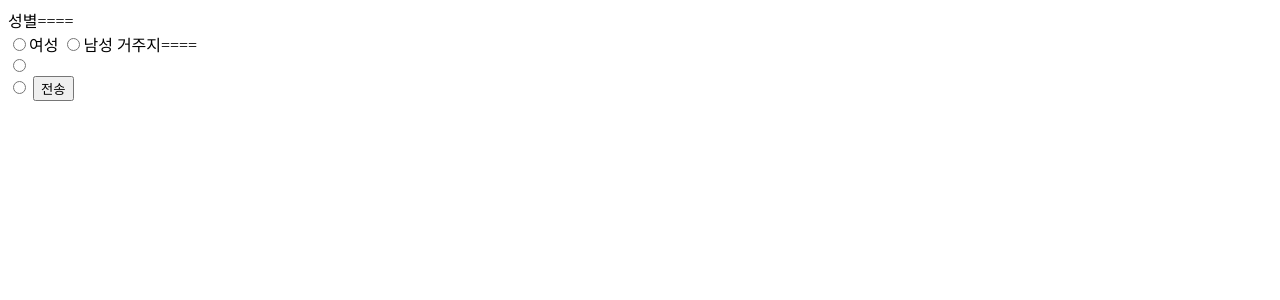
Repository: WonHwiAhn/JAVAClass
Page: 180130_GetParameterEx/WebContent/radio.html
The author's editor kept a copy of each file at every save. The page is drawn from the files as they stood at one save, then again after the next save.
The browser window is 1280 px wide. The pictures show the whole page.

Above is the page before, as saved 2018-01-30 06:24:52.

### 180130_GetParameterEx/WebContent/radio.html
<!DOCTYPE html>
<html>
<head>
<meta charset="EUC-KR">
<title>Insert title here</title>
</head>
<body>
	<form action="test5">
		성별====<br>
		<input type="radio" name="sex" value="여성">여성
		<input type="radio" name="sex" value="남성">남성
		거주지====<br>
		<input type="radio" name="sido" value="수도권"><br>
		<input type="radio" name="sido" value="비수도권">
		<input type="submit" value="전송">
	</form>
</body>
</html>

After the next save:
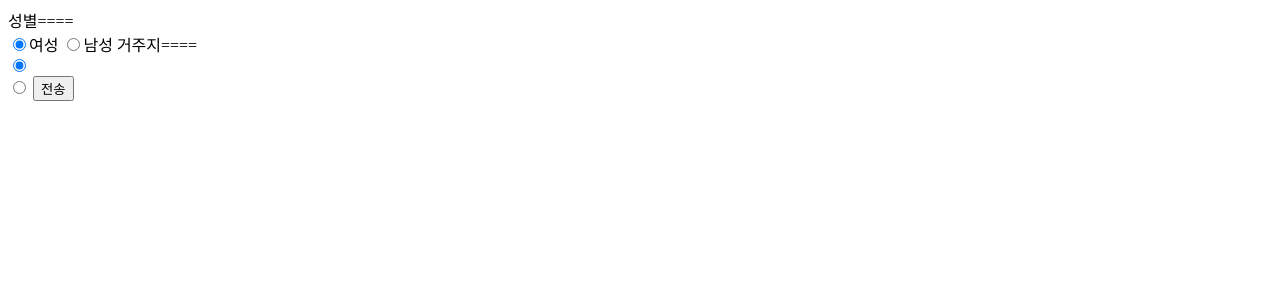
Saved 67 s later.
--- a/180130_GetParameterEx/WebContent/radio.html
+++ b/180130_GetParameterEx/WebContent/radio.html
@@ -7,10 +7,10 @@
 <body>
 	<form action="test5">
 		성별====<br>
-		<input type="radio" name="sex" value="여성">여성
+		<input type="radio" name="sex" value="여성" checked>여성
 		<input type="radio" name="sex" value="남성">남성
 		거주지====<br>
-		<input type="radio" name="sido" value="수도권"><br>
+		<input type="radio" name="sido" value="수도권" checked><br>
 		<input type="radio" name="sido" value="비수도권">
 		<input type="submit" value="전송">
 	</form>
